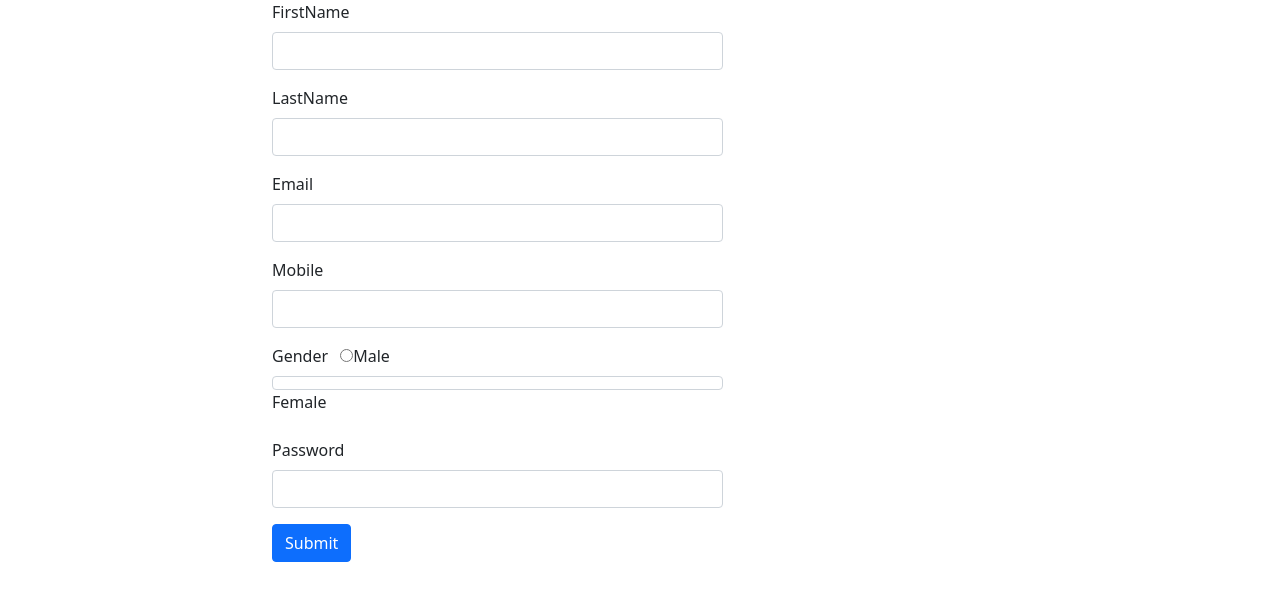
Repository: 2001Yogi/JavaWebAssignment
Page: http://localhost/StudentInformation/
These files come from the project's save history. The page is drawn as it stood at one moment and after the next save; the edit follows.
The browser window is 1280 px wide. The pictures show the whole page.
The page is served by Tomcat 9.

Above is the page before, as saved 2024-09-17 13:06:49.

After the next save:
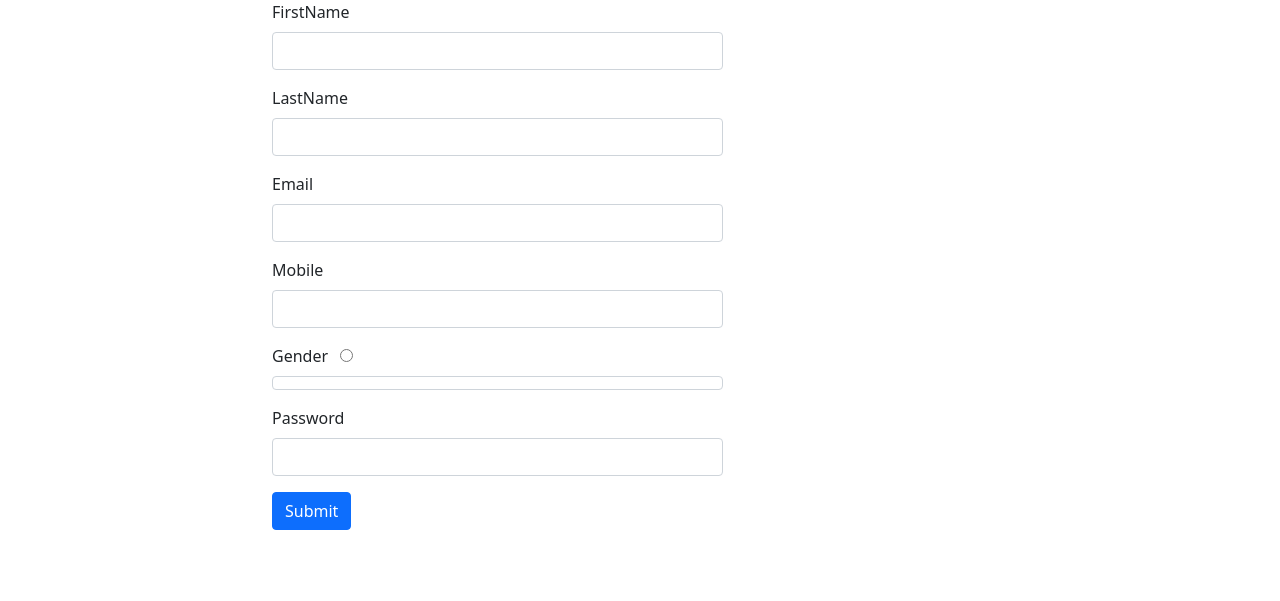
Saved 17 s later.
--- a/StudentInformation/src/main/webapp/index.jsp
+++ b/StudentInformation/src/main/webapp/index.jsp
@@ -47,8 +47,8 @@
 					</div>
 					<div class="mb-3">
 						<label class="me-2 form-label">Gender</label>
-							<input type="radio"  name="gender"><label class="form-label">Male</label>
-							<input type="radio" class="form-control" name="gender"><label class="me-2 form-label">Female</label>
+							<input type="radio"  name="gender">
+							<input type="radio" class="form-control" name="gender">
 					</div>
 					<div class="mb-3">
 						<label class="form-label">Password</label>
